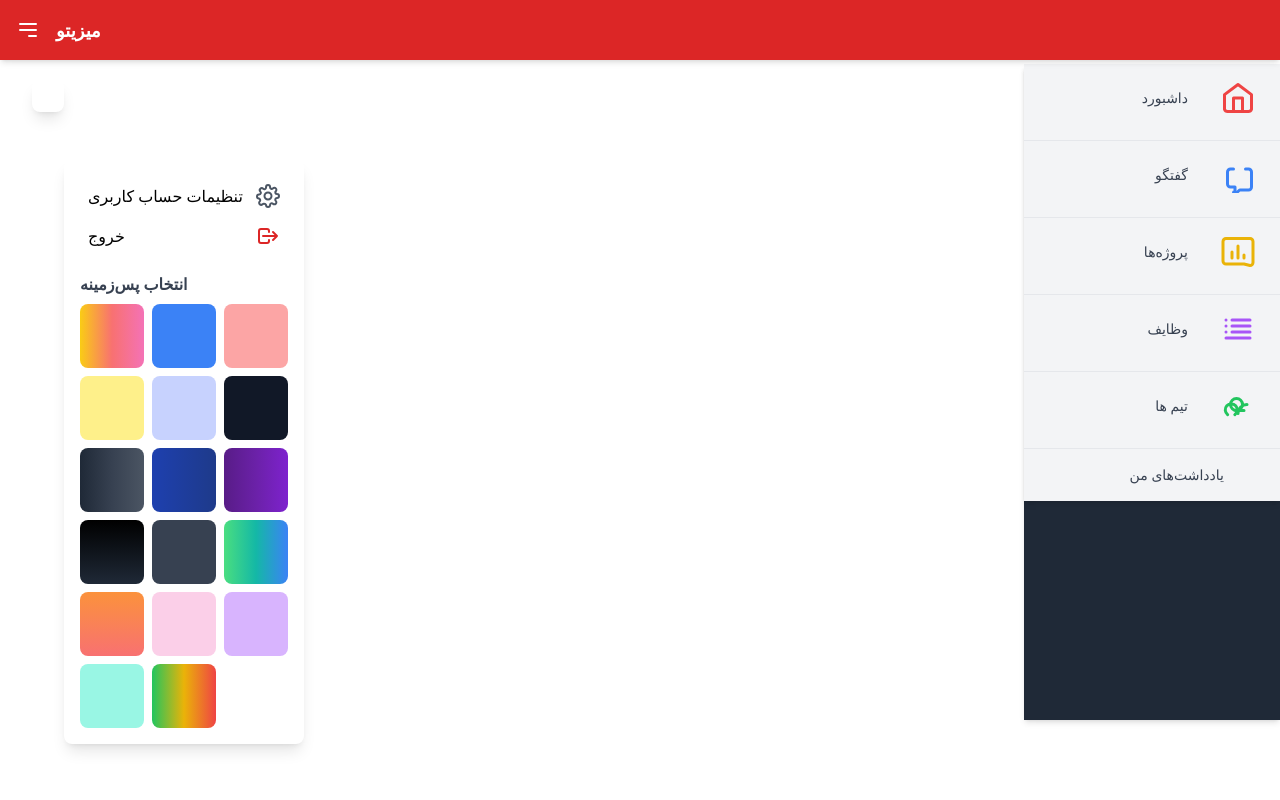
Repository: spnovaa/work-hive
Page: / (app in front_end/), after clicking the first element matching `div.z-0`
These files come from the project's save history. The page is drawn as it stood at one moment and after the next save; the edit follows.
The browser window is 1280 px wide. The pictures show the whole page.
The page's requests for data from a server got no answer. The project was rebuilt for these pictures with package versions that can differ from the ones it lists, and the page was loaded fresh each time. No one was signed in, and anything a server would have sent is missing. Also part of the build but not shown: front_end/src/api/auth.js, front_end/src/components/loadingSpinner.jsx, front_end/src/pages/login.jsx, front_end/src/pages/registration.jsx, front_end/src/common/axiosInstance.js, front_end/src/components/profile/profileSettingsModal.jsx, front_end/src/components/project/projectCardComponent.jsx, front_end/src/components/project/projectDashboard.jsx and 9 more.

Above is the page before, as saved 2025-01-18 14:31:57.

### front_end/src/index.js
import React from 'react';
import ReactDOM from 'react-dom/client'; // Import from 'react-dom/client' for React 18+
import './styles/globals.css';
import App from './App';

// Create a root element for rendering the React application
const root = ReactDOM.createRoot(document.getElementById('root'));

// Use the new `render` method for React 18+
root.render(
  <React.StrictMode>
    <App />
  </React.StrictMode>
);

### front_end/src/App.jsx
import React, { useState } from 'react';
import { BrowserRouter as Router, Routes, Route } from 'react-router-dom';
import Login from './pages/login';
import Registration from './pages/registration';
import Home from './pages/home';
import ProjectsDashboard from './components/project/projectDashboard.jsx';
import ProjectDetails from './components/project/projectDetails.jsx';
import NewProject from './components/project/newProject.jsx';
import DashboardSidebar from './components/dashboardSidebar';
import TaskPage from './components/task/taskPage.jsx';
import TeamList from './components/team/teamList.jsx';
import TopBar from './components/topBar.jsx';

function App() {
  const [sidebarVisible, setSidebarVisible] = useState(true);

  const toggleSidebar = () => {
    setSidebarVisible((prev) => !prev);
  };

  return (
    <Router>
      <div className="flex flex-col h-screen">
        <div className="w-full bg-red-600 shadow-md fixed top-0 z-20">
          <TopBar toggleSidebar={toggleSidebar} />
        </div>

        <div className="flex flex-grow">
          {sidebarVisible && (
            <div className="w-64 bg-gray-800 fixed top-16 bottom-0 right-0 z-10 shadow-md">
              <DashboardSidebar />
            </div>
          )}
          <div
            className={`flex-grow ${
              sidebarVisible ? 'pr-64' : ''
            } pt-16 p-4 transition-all duration-300`}
          >
            <Routes>
              <Route path="/login" element={<Login />} />
              <Route path="/register" element={<Registration />} />
              <Route path="/" element={<Home />} />
              <Route path="/projects" element={<ProjectsDashboard />} />
              <Route path="/projects/new" element={<NewProject />} />
              <Route path="/projects/:projectId" element={<ProjectDetails />} />
              <Route path="/tasks" element={<TaskPage />} />
              <Route path="/teams" element={<TeamList />} />
            </Routes>
          </div>
        </div>
      </div>
    </Router>
  );
}

export default App;

### front_end/src/pages/home.jsx
import React, { useState } from 'react';
import ProfileSection from '../components/profile/profileSection';
import { useLocation } from 'react-router-dom';
import DashboardSidebar from '../components/dashboardSidebar';
import  ProfileSettingsModal  from '../components/profile/profileSettingsModal.jsx'
function Home() {
  const [isModalOpen, setIsModalOpen] = useState(false);

    const openModal = () => {
        setIsModalOpen(true);
    };

    const closeModal = () => {
        setIsModalOpen(false);
    };
  const location = useLocation();
  const name = location.state?.name || "نام کاربری ناشناس";
  const [background, setBackground] = useState('bg-white');
  const handleBackgroundChange = (bg) => {
    setBackground(bg);
  };
  const getCurrentDate = () => {
    const options = { weekday: 'long', year: 'numeric', month: 'long', day: 'numeric' };
    return new Date().toLocaleDateString('fa-IR', options);
  };
  return (
    <div className={`h-screen ${background} `}>
      <div className="absolute top-20 left-8">
        <ProfileSection
          name={name}
          greeting="ظهر بخیر"
          date={getCurrentDate()}
          onBackgroundChange={handleBackgroundChange}
          onSettingsClick={openModal}
        />
      </div>
      <ProfileSettingsModal show={isModalOpen} onClose={closeModal} />
    </div>
  );
}

export default Home;

### front_end/src/components/dashboardSidebar.jsx
import React from 'react';
import { useNavigate } from 'react-router-dom';

function SidebarItem({ icon, label, onClick }) {
    return (
        <div
            className="className=flex items-center justify-start flex-row-reverse p-4 cursor-pointer hover:bg-gray-100"
            onClick={onClick}
        >
            <div className="flex items-center">
                <span className="text-lg text-gray-700 mr-2">{icon}</span>
                <span className="text-gray-700 text-sm font-medium mr-8">{label}</span>
            </div>

        </div>
    );
}

function DashboardSidebar() {
    const navigate = useNavigate();

    const handleNavigation = (path) => {
        navigate(path);
    };

    return (
        <div className="w-64 bg-gray-100 text-white shadow-md p-0 " dir="rtl" >
            <SidebarItem
                icon={
                    <svg
                        xmlns="http://www.w3.org/2000/svg"
                        className="h-9 w-9 text-red-500"
                        fill="none"
                        viewBox="0 0 24 24"
                        stroke="currentColor"
                    >
                        <path
                            strokeLinecap="round"
                            strokeLinejoin="round"
                            strokeWidth="2"
                            d="M3 9.75L12 3l9 6.75v9.75A2.25 2.25 0 0118.75 21H5.25A2.25 2.25 0 013 19.5V9.75z"
                        />
                        <path
                            strokeLinecap="round"
                            strokeLinejoin="round"
                            strokeWidth="2"
                            d="M9 21V12h6v9"
                        />
                    </svg>
                }
                label="داشبورد"
                onClick={() => handleNavigation('/')}
            />
            <hr className="w-full border-gray-200 mt-2" />
            <SidebarItem
               icon={
                <svg
                  xmlns="http://www.w3.org/2000/svg"
                  className="h-9 w-9 text-blue-500"
                  fill="none"
                  viewBox="0 0 24 24"
                  stroke="currentColor"
                >
                  <path
                    strokeLinecap="round"
                    strokeLinejoin="round"
                    strokeWidth="2"
                    d="M17 8h2a2 2 0 012 2v10a2 2 0 01-2 2h-5.586a1 1 0 00-.707.293l-2.707 2.707A1 1 0 0110 23V20H7a2 2 0 01-2-2V10a2 2 0 012-2h2"
                  />
                </svg>
              }
                label="گفتگو"
                onClick={() => handleNavigation('/conversations')}
            />
              <hr className="w-full border-gray-200 mt-2" />
            <SidebarItem
                icon={
                    <svg
                      xmlns="http://www.w3.org/2000/svg"
                      className="h-9 w-9 text-yellow-500"
                      fill="none"
                      viewBox="0 0 24 24"
                      stroke="currentColor"
                    >
                      <path
                        strokeLinecap="round"
                        strokeLinejoin="round"
                        strokeWidth="2"
                        d="M8 16v-4m4 4V8m4 8v-2m0 6H4a2 2 0 01-2-2V5a2 2 0 012-2h16a2 2 0 012 2v14a2 2 0 01-2 2z"
                      />
                    </svg>
                  }
                label="پروژه‌ها"
                onClick={() => handleNavigation('/projects')}
            />
              <hr className="w-full border-gray-200 mt-2" />
            <SidebarItem
               icon={
                <svg
                  xmlns="http://www.w3.org/2000/svg"
                  className="h-9 w-9 text-purple-500"
                  fill="none"
                  viewBox="0 0 24 24"
                  stroke="currentColor"
                >
                  <path
                    strokeLinecap="round"
                    strokeLinejoin="round"
                    strokeWidth="2"
                    d="M8 6h12M8 10h12m-12 4h12M4 6h.01M4 10h.01M4 14h.01M4 18h16"
                  />
                </svg>
              }
                label="وظایف"
                onClick={() => handleNavigation('/tasks')}
            />
              <hr className="w-full border-gray-200 mt-2" />
            <SidebarItem
           icon={
            <svg
              xmlns="http://www.w3.org/2000/svg"
              className="h-9 w-9 text-green-500"
              fill="none"
              viewBox="0 0 24 24"
              stroke="currentColor"
            >
              <path
                strokeLinecap="round"
                strokeLinejoin="round"
                strokeWidth="2"
                d="M5.121 17.804A4 4 0 119.88 17.804M15 11a4 4 0 11-8 0 4 4 0 018 0zm-5 4h6M12 17a6 6 0 016-6"
              />
            </svg>
          }
                label="تیم ها"
                onClick={() => handleNavigation('/teams')}
            />
              <hr className="w-full border-gray-200 mt-2" />
            <SidebarItem
                icon={<i className="fas fa-sticky-note" />}
                label="یادداشت‌های من"
                onClick={() => handleNavigation('/notes')}
            />
        </div>
    );
}

export default DashboardSidebar;

### front_end/src/components/topBar.jsx
import React from 'react';

function TopBar({ toggleSidebar }) {
  return (
    <div className="flex items-center justify-between p-4">
      <div className="flex items-center">
        <button
          onClick={toggleSidebar}
          className="mr-4 cursor-pointer text-white"
        >
          <svg
            xmlns="http://www.w3.org/2000/svg"
            className="h-6 w-6"
            fill="none"
            viewBox="0 0 24 24"
            stroke="currentColor"
          >
            <path
              strokeLinecap="round"
              strokeLinejoin="round"
              strokeWidth="2"
              d="M4 6h16M4 12h16m-7 6h7"
            />
          </svg>
        </button>
        <div className="text-white text-lg font-bold">میزیتو</div>
      </div>
    </div>
  );
}

export default TopBar;

### front_end/src/components/profile/profileSection.jsx
import React, { useState, useEffect, useRef } from 'react';
import ProfileDropdown from './dropdown.jsx';

const ProfileSection = ({ name, greeting, date, onBackgroundChange ,onSettingsClick}) => {
  const [isDropdownOpen, setIsDropdownOpen] = useState(false);
  const dropdownRef = useRef(null);

  const toggleDropdown = () => {
    setIsDropdownOpen((prev) => !prev);
  };

  useEffect(() => {
    const handleClickOutside = (event) => {
      if (dropdownRef.current && !dropdownRef.current.contains(event.target)) {
        setIsDropdownOpen(false);
      }
    };

    document.addEventListener('mousedown', handleClickOutside);
    return () => {
      document.removeEventListener('mousedown', handleClickOutside);
    };
  }, []);

  return (
    <div className="relative">
  <div
    className={`relative z-0 p-4 bg-gradient-to-r from-blue-100 to-blue-200 rounded-lg shadow-md max-w-xs cursor-pointer ${
      isDropdownOpen ? 'hidden' : ''
    }`}
    onClick={toggleDropdown}
  >
    <div className="flex flex-col items-center">
      <div className="bg-gray-300 w-24 h-24 rounded-full flex items-center justify-center mb-4">
        <svg
          xmlns="http://www.w3.org/2000/svg"
          className="h-12 w-12 text-gray-500"
          fill="none"
          viewBox="0 0 24 24"
          stroke="currentColor"
        >
          <path
            strokeLinecap="round"
            strokeLinejoin="round"
            strokeWidth="2"
            d="M12 12c2.21 0 4-1.79 4-4s-1.79-4-4-4-4 1.79-4 4 1.79 4 4 4zM12 14c-4.418 0-8 1.79-8 4m8-4c4.418 0 8 1.79 8 4m-8-4v4"
          />
        </svg>
      </div>
      <h2 className="text-lg font-semibold text-gray-700">{name}</h2>
      <p className="text-sm text-gray-600 mt-1">{greeting}</p>
      <p className="text-sm text-gray-500 mt-1">{date}</p>
    </div>
  </div>

  {isDropdownOpen && (
    <div
      ref={dropdownRef}
      className="absolute top-0 left-0  bg-white rounded-lg shadow-lg p-4 w-full"
    >
      <ProfileDropdown onBackgroundChange={onBackgroundChange} onSettingsClick={onSettingsClick} />
    </div>
  )}
</div>

  );
};

export default ProfileSection;

### front_end/src/components/profile/dropdown.jsx
import React, { useState } from 'react';
import { useNavigate } from 'react-router-dom';
import  ProfileSettingsModal  from './profileSettingsModal.jsx'
const ProfileDropdown  = ({  onBackgroundChange ,onSettingsClick}) => {
  const [isOpen, setIsOpen] = useState(true);
  const [selectedBackground, setSelectedBackground] = useState(null);
  const navigate = useNavigate();
  const handleLogout = () => {
    localStorage.removeItem('authToken');
    localStorage.removeItem('userInfo');
    sessionStorage.clear();
    document.cookie = 'session=; expires=Thu, 01 Jan 2012 00:00:00 UTC; path=/;';
    navigate('/login');
  };
  const backgrounds = [
    'bg-gradient-to-r from-yellow-400 via-red-400 to-pink-400',
    'bg-blue-500',
    'bg-red-300',
    'bg-yellow-200',
    'bg-indigo-200',

    // Dark mode
    'bg-gray-900',
    'bg-gradient-to-r from-gray-800 via-gray-700 to-gray-600',
    'bg-gradient-to-r from-blue-800 to-blue-900',
    'bg-gradient-to-r from-purple-900 via-purple-800 to-purple-700',
    'bg-gradient-to-b from-black to-gray-800',
    'bg-gray-700',
    //gradiant
    'bg-gradient-to-r from-green-400 via-teal-500 to-blue-500',
    'bg-gradient-to-b from-orange-400 to-red-400',
    'bg-pink-200',
    'bg-purple-300',
    'bg-teal-200',
    'bg-gradient-to-l from-red-500 via-yellow-500 to-green-500',

  ];

  const toggleDropdown = () => {
    setIsOpen(!isOpen);
  };

  const handleBackgroundChange = (bg) => {
    setSelectedBackground(bg);
    onBackgroundChange(bg);
    toggleDropdown()
  };

  return (
    <>
        {isOpen && (
            <div
                onClick={(e) => e.stopPropagation()}
                className="absolute top-20 left-8 bg-white rounded-lg shadow-lg w-max p-4"
            >
                <div
                    className="flex items-center justify-between p-2 cursor-pointer hover:bg-gray-100 rounded"
                    onClick={() => {
                        onSettingsClick();
                        toggleDropdown();
                    }}
                >
                    <span>تنظیمات حساب کاربری</span>
                    <svg
                        xmlns="http://www.w3.org/2000/svg"
                        className="h-6 w-6 text-gray-600"
                        fill="none"
                        viewBox="0 0 24 24"
                        stroke="currentColor"
                    >
                        <path
                            strokeLinecap="round"
                            strokeLinejoin="round"
                            strokeWidth="2"
                            d="M12 15.5a3.5 3.5 0 100-7 3.5 3.5 0 000 7zM19.4 15a1.77 1.77 0 00.32 1.8l.05.06a2 2 0 11-2.83 2.83l-.06-.05a1.77 1.77 0 00-1.8-.32 1.77 1.77 0 00-1.05 1.61V21a2 2 0 01-4 0v-.13a1.77 1.77 0 00-1.61-1.05 1.77 1.77 0 00-1.8.32l-.06.05a2 2 0 11-2.83-2.83l.05-.06a1.77 1.77 0 00.32-1.8 1.77 1.77 0 00-1.61-1.05H3a2 2 0 010-4h.13a1.77 1.77 0 001.61-1.05 1.77 1.77 0 00-.32-1.8l-.05-.06a2 2 0 112.83-2.83l.06.05a1.77 1.77 0 001.8.32H9a1.77 1.77 0 001.05-1.61V3a2 2 0 014 0v.13a1.77 1.77 0 001.05 1.61 1.77 1.77 0 001.8-.32l.06-.05a2 2 0 112.83 2.83l-.05.06a1.77 1.77 0 00-.32 1.8V9a1.77 1.77 0 001.61 1.05H21a2 2 0 010 4h-.13a1.77 1.77 0 00-1.61 1.05z"
                        />
                    </svg>
                </div>
                <div
                    className="flex items-center justify-between p-2 cursor-pointer hover:bg-gray-100 rounded"
                    onClick={handleLogout}
                >
                    <span>خروج</span>
                    <svg
                        xmlns="http://www.w3.org/2000/svg"
                        className="h-6 w-6 text-red-600"
                        fill="none"
                        viewBox="0 0 24 24"
                        stroke="currentColor"
                    >
                        <path
                            strokeLinecap="round"
                            strokeLinejoin="round"
                            strokeWidth="2"
                            d="M17 16l4-4m0 0l-4-4m4 4H7m6 4v1a2 2 0 01-2 2H5a2 2 0 01-2-2V7a2 2 0 012-2h6a2 2 0 012 2v1"
                        />
                    </svg>
                </div>
                <div className="mt-4">
                    <span className="text-gray-700 font-semibold">انتخاب پس‌زمینه</span>
                    <div className="grid grid-cols-3 gap-2 mt-2">
                        {backgrounds.map((bg, index) => (
                            <div
                                key={index}
                                className={`w-16 h-16 rounded-lg cursor-pointer ${bg} ${
                                    selectedBackground === bg ? 'ring-2 ring-blue-500' : ''
                                }`}
                                onClick={() => handleBackgroundChange(bg)}
                            ></div>
                        ))}
                    </div>
                </div>
            </div>
        )}
    </>
);
};

export default ProfileDropdown;

Loaded but not shown: front_end/public/index.html (common file); front_end/src/styles/globals.css (common file); front_end/tailwind.config.js (common file)

After the next save:
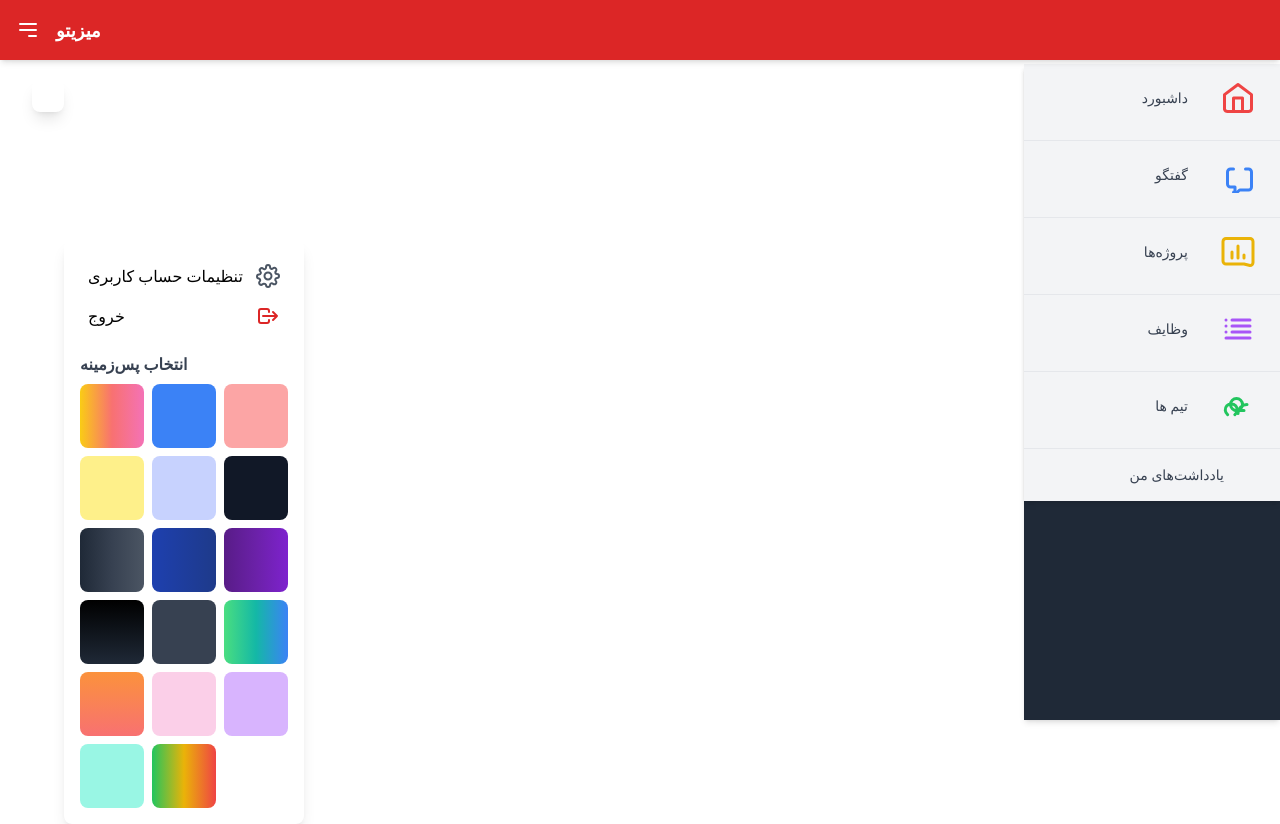
Saved 26 s later.
--- a/front_end/src/components/profile/dropdown.jsx
+++ b/front_end/src/components/profile/dropdown.jsx
@@ -51,7 +51,7 @@ const ProfileDropdown  = ({  onBackgroundChange ,onSettingsClick}) => {
         {isOpen && (
             <div
                 onClick={(e) => e.stopPropagation()}
-                className="absolute top-20 left-8 bg-white rounded-lg shadow-lg w-max p-4"
+                className="absolute top-40 left-8 bg-white rounded-lg shadow-lg w-max p-4"
             >
                 <div
                     className="flex items-center justify-between p-2 cursor-pointer hover:bg-gray-100 rounded"
